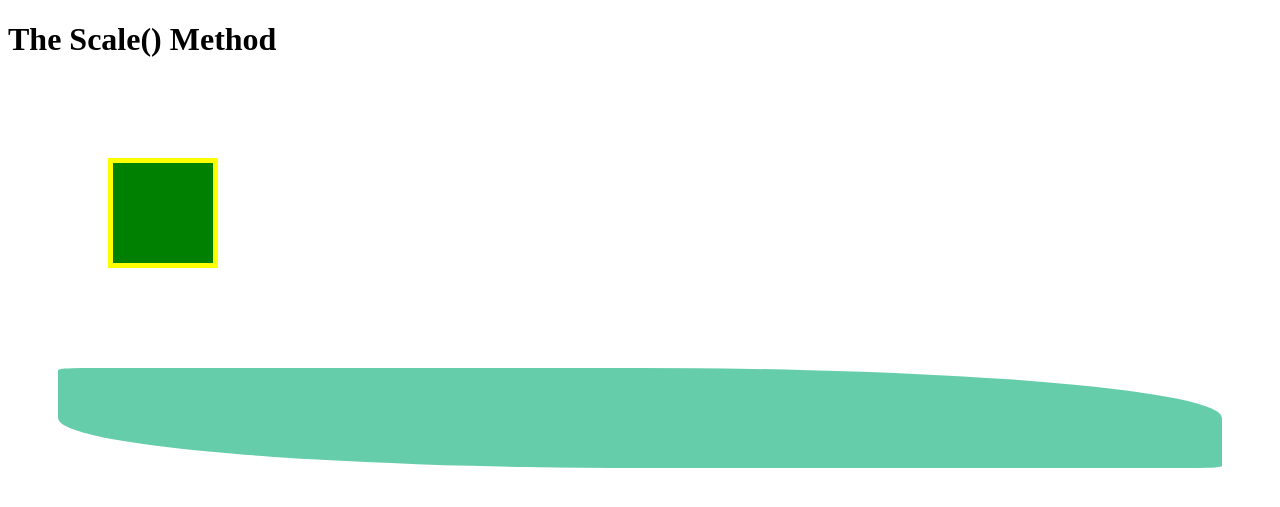
Repository: BhardwajMonika/core-java
Page: HTML2/WebContent/Scale.html
An editor plug-in stored every save of this project. The page is shown before and after the next save, followed by the edit.
The browser window is 1280 px wide. The pictures show the whole page.

Above is the page before, as saved 2019-02-27 10:20:57.

### HTML2/WebContent/Scale.html
<!DOCTYPE html>
<html>
<head>
<style type="text/css">
.square{
width:100px;
height:100px;
background-color:green;
border:5px solid Yellow;
margin:100px;
transition:transform 1s;
}

.square:hover{transform:scale(2);}

.droplet{
height:100px;
background-color:mediumaquamarine;
border-radius:2% 50%;
margin:50px;
transition:all 3s;
transition-timing:ease-in-out;
}

.droplet:hover{transform:rotateX(180deg);}
</style>
<meta charset="ISO-8859-1">
<title>Insert title here</title>
</head>
<body>
<h1>The Scale() Method</h1>
<div class="square"></div>
<div class="droplet"></div>
</body>
</html>

After the next save:
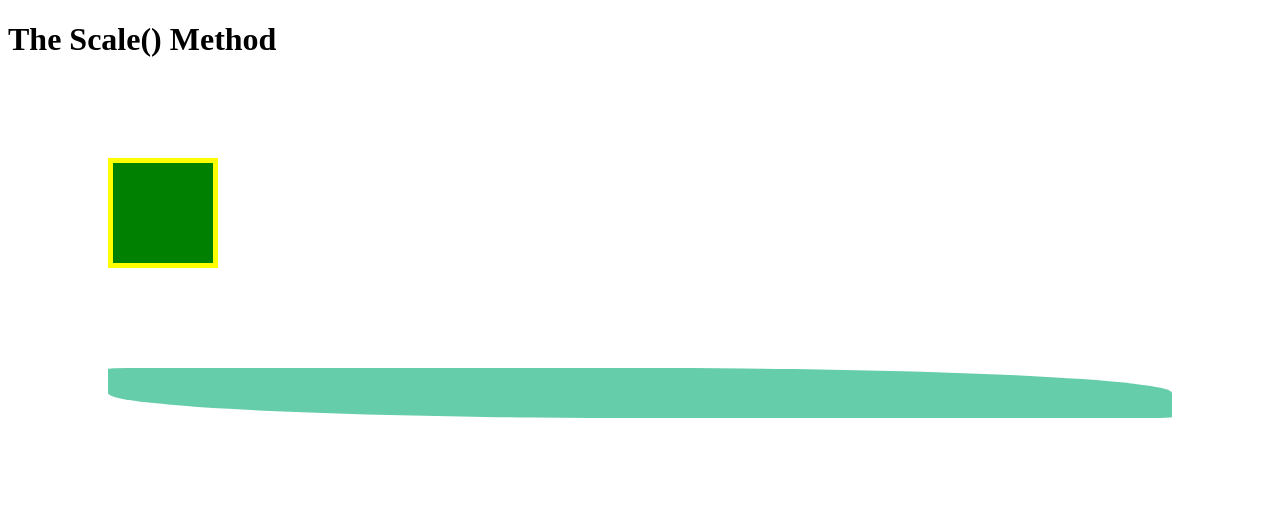
Saved 17 s later.
--- a/HTML2/WebContent/Scale.html
+++ b/HTML2/WebContent/Scale.html
@@ -14,10 +14,10 @@ transition:transform 1s;
 .square:hover{transform:scale(2);}
 
 .droplet{
-height:100px;
+height:50px;
 background-color:mediumaquamarine;
 border-radius:2% 50%;
-margin:50px;
+margin:100px;
 transition:all 3s;
 transition-timing:ease-in-out;
 }
